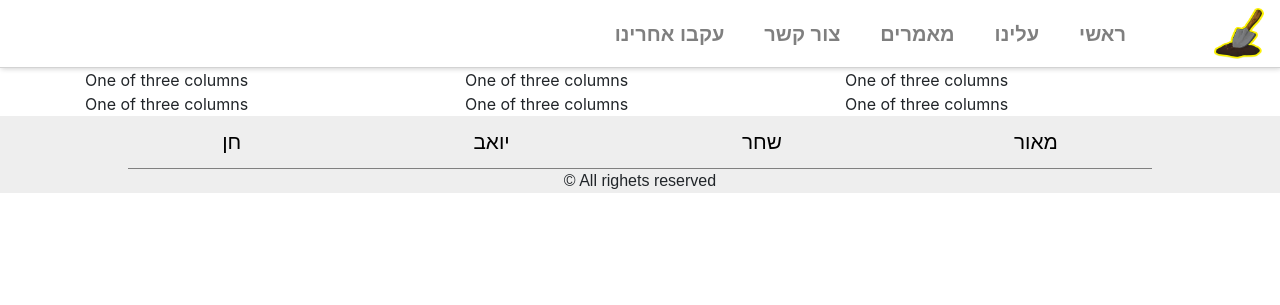
Repository: yoavBenZion/Blog-Zubi
Page: articlesPage.html
These files come from the project's save history. The page is drawn as it stood at one moment and after the next save; the edit follows.
The browser window is 1280 px wide. The pictures show the whole page.
Some web fonts or font styles are not loaded; a fallback is used. Some web libraries are served in a nearby version.

Above is the page before, as saved 2017-10-26 11:27:24.

### articlesPage.html
<!DOCTYPE html>
<html lang="he">

<head>
    <meta charset="UTF-8">
    <meta name="viewport" content="width=device-width, initial-scale=1,user-scalable=no;">
    <title>החופרים</title>
    <link rel="stylesheet" href="https://maxcdn.bootstrapcdn.com/bootstrap/4.0.0-beta/css/bootstrap.min.css" integrity="sha384-/Y6pD6FV/Vv2HJnA6t+vslU6fwYXjCFtcEpHbNJ0lyAFsXTsjBbfaDjzALeQsN6M"
        crossorigin="anonymous">
    <link rel="stylesheet" href="https://maxcdn.bootstrapcdn.com/bootstrap/4.0.0-beta.2/css/bootstrap.min.css" integrity="sha384-PsH8R72JQ3SOdhVi3uxftmaW6Vc51MKb0q5P2rRUpPvrszuE4W1povHYgTpBfshb"
        crossorigin="anonymous">

    <script src="https://code.jquery.com/jquery-3.2.1.slim.min.js" integrity="sha384-KJ3o2DKtIkvYIK3UENzmM7KCkRr/rE9/Qpg6aAZGJwFDMVNA/GpGFF93hXpG5KkN"
        crossorigin="anonymous"></script>
    <script src="https://cdnjs.cloudflare.com/ajax/libs/popper.js/1.12.3/umd/popper.min.js" integrity="sha384-vFJXuSJphROIrBnz7yo7oB41mKfc8JzQZiCq4NCceLEaO4IHwicKwpJf9c9IpFgh"
        crossorigin="anonymous"></script>
    <script src="https://maxcdn.bootstrapcdn.com/bootstrap/4.0.0-beta.2/js/bootstrap.min.js" integrity="sha384-alpBpkh1PFOepccYVYDB4do5UnbKysX5WZXm3XxPqe5iKTfUKjNkCk9SaVuEZflJ"
        crossorigin="anonymous"></script>
    <link rel="stylesheet" href="css/Gridrispon.css" type="text/css">
    <link rel="stylesheet" href="css/header.css" type="text/css">
    <link rel="stylesheet" href="css/PopupRispon.css">
    <link rel="stylesheet" href="css/footer.css">
    <link rel="stylesheet" type="text/css" href="articlesPage.css">

</head>

<body dir="rtl">
    <header>

        <nav class="navbar navbar-expand-sm navbar-light bg-faded">
            <button class="navbar-toggler" type="button" data-toggle="collapse" data-target="#nav-content" aria-controls="nav-content"
                aria-expanded="false" aria-label="Toggle navigation">
                <span class="navbar-toggler-icon"></span>
            </button>
            <div class="logo">
                <img src="./img/shovel-575661_1280.png">
            </div>
            <!-- Brand -->
            <a class="navbar-brand" href="#"> </a>

            <!-- Links -->
            <div class="collapse navbar-collapse" id="nav-content">
                <ul class="navbar-nav">
                    <li class="nav-item">
                        <a class="nav-link" href="#1">ראשי</a>
                    </li>
                    <li class="nav-item">
                        <a class="nav-link" href="#2">עלינו</a>
                    </li>
                    <li class="nav-item">
                        <a class="nav-link" href="#5">מאמרים</a>
                    </li>
                    <li class="nav-item">
                        <a class="nav-link" href="contact.html">צור קשר</a>
                    </li>
                    <li class="nav-item">
                        <a class="nav-link" href="subscribe.html">עקבו אחרינו</a>
                    </li>
                </ul>

            </div>

        </nav>

    </header>

    <body>
        <div class="container">
            <div class="row">
                <div class="col">
                    One of three columns
                </div>
                <div class="col">
                    One of three columns
                </div>
                <div class="col">
                    One of three columns
                </div>
            </div>
            <div class="row">
                <div class="col">
                    One of three columns
                </div>
                <div class="col">
                    One of three columns
                </div>
                <div class="col">
                    One of three columns
                </div>
            </div>
        </div>

        <footer id="footer">
            <ul>
                <li class="box">
                    <a class="button" href="#popup3">
                        מאור
                    </a>
                </li>
                <li class="box">
                    <a class="button" href="#popup2">
                        שחר
                    </a>
                </li>
                <li class="box">
                    <a class="button" href="#popup1">
                        יואב
                    </a>
                </li>
                <li>
                    <a class="button" href="#popup4">
                        חן
                    </a>
                </li>
            </ul>
            </div>
            <!--yoav popup-->
            <div id="popup1" class="overlay">
                <div class="popup">
                    <h2>Yoav Benzion</h2>
                    <a class="close" href="#footer">&times;</a>
                    <div class="content">
                        <div class="footer-social-icons">
                            <img class="avatar" src="img/yoav.jfif">
                            <p>front end web developer</p>
                            <h4 class="_14">Follow me on:</h4>
                            <ul class="social-icons">
                                <li>
                                    <a href="https://www.facebook.com/yoav.benzion.5" target="_blank" class="social-icon">
                                        <i class="fa fa-facebook"></i>
                                    </a>
                                </li>
                                <li>
                                    <a href="https://twitter.com/Yoav_BenZion" target="_blank" class="social-icon">
                                        <i class="fa fa-twitter"></i>
                                    </a>
                                </li>
                                <li>
                                    <a href="https://github.com/yoavBenZion" target="_blank" class="social-icon">
                                        <i class="fa fa-github"></i>
                                    </a>
                                </li>
                                <li>
                                    <a href="https://codepen.io/yoavBZ/" target="_blank" class="social-icon">
                                        <i class="fa fa-codepen"></i>
                                    </a>
                                </li>
                                <li>
                                    <a href="https://www.linkedin.com/in/yoav-benzion-45818360/" target="_blank" class="social-icon">
                                        <i class="fa fa-linkedin"></i>
                                    </a>
                                </li>
                                <li>
                                    <a href="https://stackoverflow.com/users/8386160/yoav-b" target="_blank" class="social-icon">
                                        <i class="fa fa-stack-overflow"></i>
                                    </a>
                                </li>
                            </ul>
                        </div>
                    </div>
                </div>
            </div>
            <!--Shachar popup-->
            <div id="popup2" class="overlay">
                <div class="popup">
                    <h2>Shachar</h2>
                    <a class="close" href="#footer">&times;</a>
                    <div class="content">
                        <div class="footer-social-icons">
                            <img class="avatar" src="img/kid.jpg">
                            <p>front end web developer</p>
                            <h4 class="_14">Follow me on:</h4>
                            <ul class="social-icons">
                                <li>
                                    <a href="" class="social-icon">
                                        <i class="fa fa-facebook"></i>
                                    </a>
                                </li>
                                <li>
                                    <a href="" class="social-icon">
                                        <i class="fa fa-twitter"></i>
                                    </a>
                                </li>
                                <li>
                                    <a href="" class="social-icon">
                                        <i class="fa fa-github"></i>
                                    </a>
                                </li>
                                <li>
                                    <a href="" class="social-icon">
                                        <i class="fa fa-codepen"></i>
                                    </a>
                                </li>
                                <li>
                                    <a href="" class="social-icon">
                                        <i class="fa fa-linkedin"></i>
                                    </a>
                                </li>
                                <li>
                                    <a href="" class="social-icon">
                                        <i class="fa fa-stack-overflow"></i>
                                    </a>
                                </li>
                            </ul>
                        </div>
                    </div>
                </div>
            </div>

            <!--Maor popup-->

            <div id="popup3" class="overlay">
                <div class="popup">
                    <h2>Maor</h2>
                    <a class="close" href="#footer">&times;</a>
                    <div class="content">
                        <div class="footer-social-icons">
                            <img class="avatar" src="img/mona.jpg">
                            <p>front end web developer</p>
                            <h4 class="_14">Follow me on:</h4>
                            <ul class="social-icons">
                                <li>
                                    <a href="" class="social-icon">
                                        <i class="fa fa-facebook"></i>
                                    </a>
                                </li>
                                <li>
                                    <a href="" class="social-icon">
                                        <i class="fa fa-twitter"></i>
                                    </a>
                                </li>
                                <li>
                                    <a href="" class="social-icon">
                                        <i class="fa fa-github"></i>
                                    </a>
                                </li>
                                <li>
                                    <a href="" class="social-icon">
                                        <i class="fa fa-codepen"></i>
                                    </a>
                                </li>
                                <li>
                                    <a href="" class="social-icon">
                                        <i class="fa fa-linkedin"></i>
                                    </a>
                                </li>
                                <li>
                                    <a href="" class="social-icon">
                                        <i class="fa fa-stack-overflow"></i>
                                    </a>
                                </li>
                            </ul>
                        </div>
                    </div>
                </div>
            </div>

            <!--Chen popup-->
            <div id="popup4" class="overlay">
                <div class="popup">
                    <h2>Chen Ginsberg</h2>
                    <a class="close" href="#footer">&times;</a>
                    <div class="content">
                        <!--          <div class="footer-social-icons">-->
                        <img class="avatar" src="img/MINER.jpg">
                        <p>front end web developer</p>
                        <h4 class="_14">Follow me on:</h4>
                        <ul class="social-icons">
                            <li>
                                <a href="https://www.facebook.com/chenogi" class="social-icon">
                                    <i class="fa fa-facebook"></i>
                                </a>
                            </li>
                            <li>
                                <a href="https://github.com/ChenGinsberg?" class="social-icon">
                                    <i class="fa fa-github"></i>
                                </a>
                            </li>
                            <li>
                                <a href="https://www.linkedin.com/in/chen-ginsberg-8829a713b/" class="social-icon">
                                    <i class="fa fa-linkedin"></i>
                                </a>
                            </li>
                            <li>
                                <a href="https://stackoverflow.com/users/8377318/chen-ginsberg" class="social-icon">
                                    <i class="fa fa-stack-overflow"></i>
                                </a>
                            </li>
                        </ul>
                    </div>
                </div>
            </div>



            <div class="footer-bottem" dir="ltr">&copy; All righets reserved </div>
        </footer>
        <script src="https://code.jquery.com/jquery-3.2.1.slim.min.js" integrity="sha384-KJ3o2DKtIkvYIK3UENzmM7KCkRr/rE9/Qpg6aAZGJwFDMVNA/GpGFF93hXpG5KkN"
            crossorigin="anonymous"></script>
        <script src="https://cdnjs.cloudflare.com/ajax/libs/popper.js/1.11.0/umd/popper.min.js" integrity="sha384-b/U6ypiBEHpOf/4+1nzFpr53nxSS+GLCkfwBdFNTxtclqqenISfwAzpKaMNFNmj4"
            crossorigin="anonymous"></script>
        <script src="https://maxcdn.bootstrapcdn.com/bootstrap/4.0.0-beta/js/bootstrap.min.js" integrity="sha384-h0AbiXch4ZDo7tp9hKZ4TsHbi047NrKGLO3SEJAg45jXxnGIfYzk4Si90RDIqNm1"
            crossorigin="anonymous"></script>
    </body>

</html>

### css/footer.css
@import url(http://fonts.googleapis.com/earlyaccess/alefhebrew.css);
footer {
  background-color: #eee;
  text-align: center;
  font-family: "Alef Hebrew", sans-serif;
  font-size: 1.3rem;
}

footer ul {
  display: flex;
  flex-direction: row;
  padding-right: 0;
  justify-content: space-evenly;
}

footer ul>li {
  list-style: none;
  padding: 10px;
  /*  background-color: #29C3FF;*/
}

footer ul>li:nth-child(odd) {
  color: #93A2A8;
}

footer ul>li:nth-child(even) {
  color: #E2DDE7;
}

footer ul>li:hover {
  background-color: #fff;
  /*  flex: 1;*/
  /*  font-size: 1.5rem;*/
  color: #E2DD11;
  /*  background-repeat: no-repeat;*/
}


/*
footer ul {
  display: grid;
  grid-template-columns: repeat(4, 1fr);
  grid-auto-rows:minmax(50px, auto);
  margin-right: -40px;
 grid-gap: 0.5em;
}
*/

.about,
.footer-bottem {
  text-align: center;
  width: 80%;
  margin: 0 auto;
}

.about {
  border-bottom: 1px dotted black;
}

.footer-bottem {
  border-top: 0.5px solid grey;
  font-size: 1rem;
}

Loaded but not shown: css/PopupRispon.css (986 lines, source omitted); css/Gridrispon.css (977 lines, source omitted); css/header.css (no stored copy; drawn as an empty file); css/articlesPage.css (no stored copy; drawn as an empty file)

After the next save:
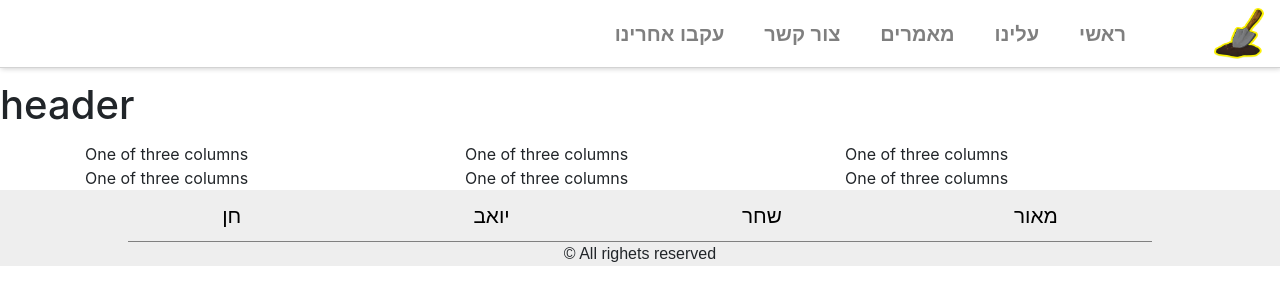
Saved 52 s later.
--- a/articlesPage.html
+++ b/articlesPage.html
@@ -65,6 +65,7 @@
     </header>
 
     <body>
+        <h1>header</h1>
         <div class="container">
             <div class="row">
                 <div class="col">
